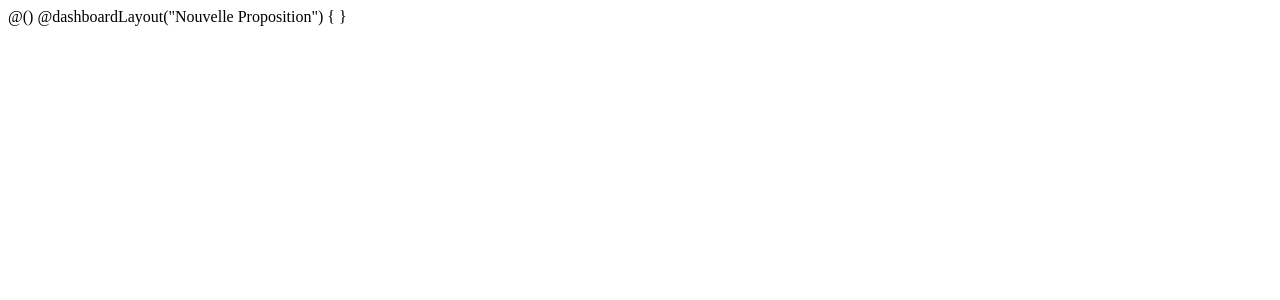
Repository: spirale-software/labo_master
Page: Application/oneDotCom/app/views/proposalForm.scala.html
The author's editor kept a copy of each file at every save. The page is drawn from the files as they stood at one save, then again after the next save.
The browser window is 1280 px wide. The pictures show the whole page.

Above is the page before, as saved 2017-03-26 00:58:20.

After the next save:
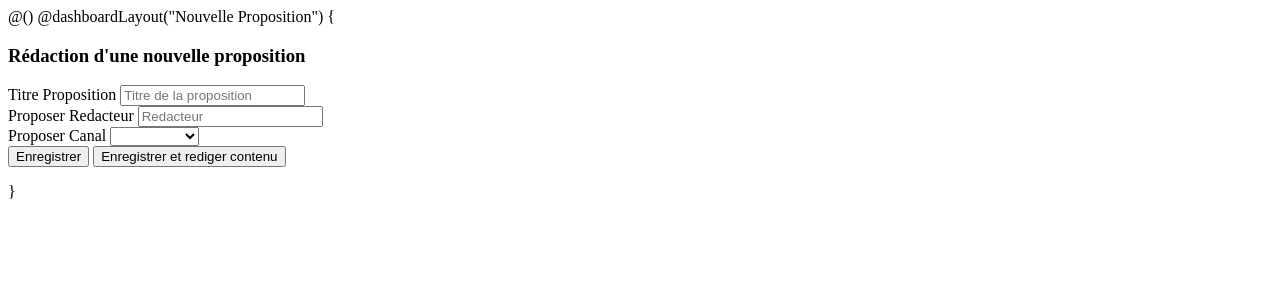
Saved 34 s later.
--- a/Application/oneDotCom/app/views/proposalForm.scala.html
+++ b/Application/oneDotCom/app/views/proposalForm.scala.html
@@ -2,5 +2,39 @@
 
 @dashboardLayout("Nouvelle Proposition") {
 
+	<div class="panel panel-default">
+                <!-- Default panel contents -->
+                <div class="panel-heading"><h3>Rédaction d'une nouvelle proposition</h3></div>
+                <form>
+                    <div class="container divProposition">
+                        <div class="form-group">
+                            <label for="exampleInputEmail1">Titre Proposition</label>
+                            <input type="email" class="form-control" id="exampleInputEmail1"
+                                   placeholder="Titre de la proposition">
+                        </div>
+                        <div class="form-group">
+                            <label for="exampleInputPassword1">Proposer Redacteur</label>
+                            <input type="password" class="form-control" id="exampleInputPassword1"
+                                   placeholder="Redacteur">
+                        </div>
+                        <div class="form-group">
+                            <label for="exampleInputCanal">Proposer Canal</label>
+                            <select id="" class="form-control">
+                                <option></option>
+                                <option>Facebook</option>
+                                <option>Twitter</option>
+                                <option>Mailing List</option>
+                            </select>
+
+                        </div>
+
+                        <div>
+                            <button type="submit" class="btn btn-primary">Enregistrer</button>
+                            <button type="submit" class="btn btn-primary">Enregistrer et rediger contenu</button>
+                        </div>
+                    </div>
+                </form>
+
+            </div>
 
 }
